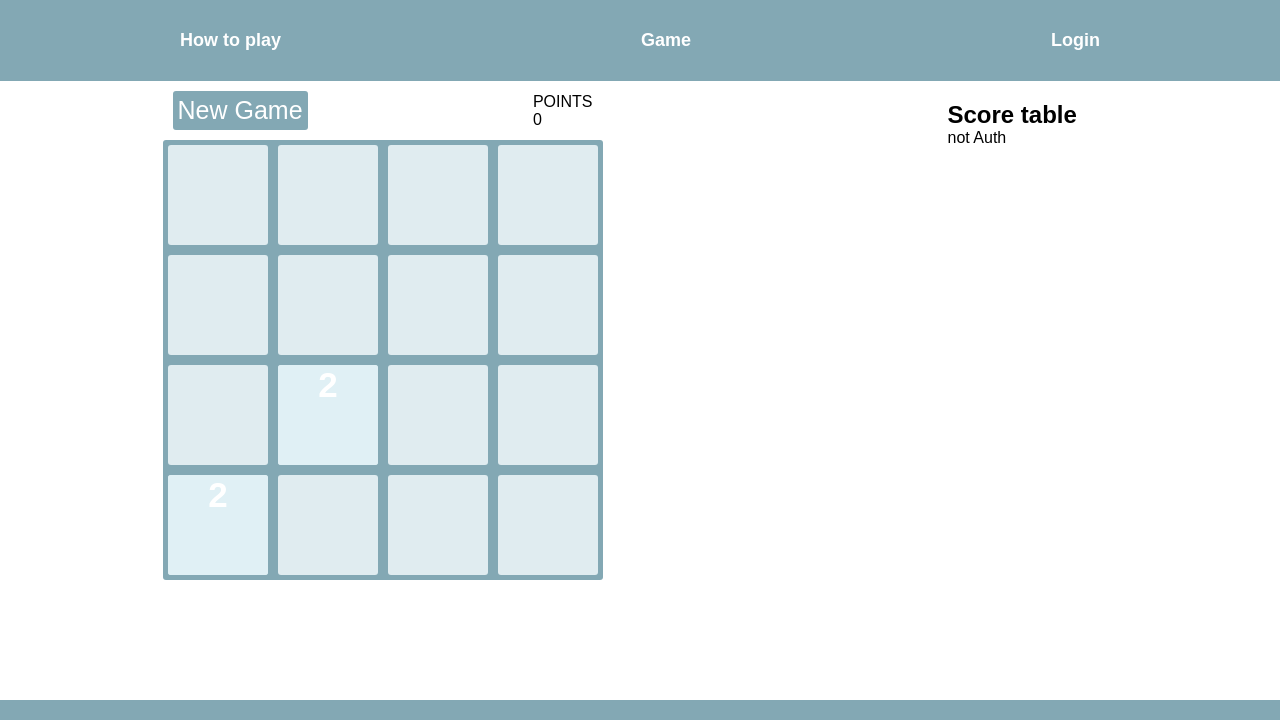
Repository: nika-otter/2048
Page: / (app in client/)
The author's editor kept a copy of each file at every save. The page is drawn from the files as they stood at one save, then again after the next save.
The browser window is 1280 px wide. The pictures show the whole page.
The project was rebuilt for these pictures with package versions that can differ from the ones it lists, and the page was loaded fresh each time. Also part of the build but not shown: client/src/components/Login/LoginForm.js, client/src/pages/account/index.jsx, client/src/components/Game/GameOverlay.jsx, client/src/components/InstructionPage/InstructionPage.module.scss, client/src/components/HowToPlay/howtoplay.module.scss, client/src/components/HowToPlay/howtoplay.jsx, client/src/components/InstructionPage/InstructionPage.jsx, client/src/pages/Instruction/index.jsx and 4 more.

Above is the page before, as saved 2023-05-01 19:34:16.

After the next save:
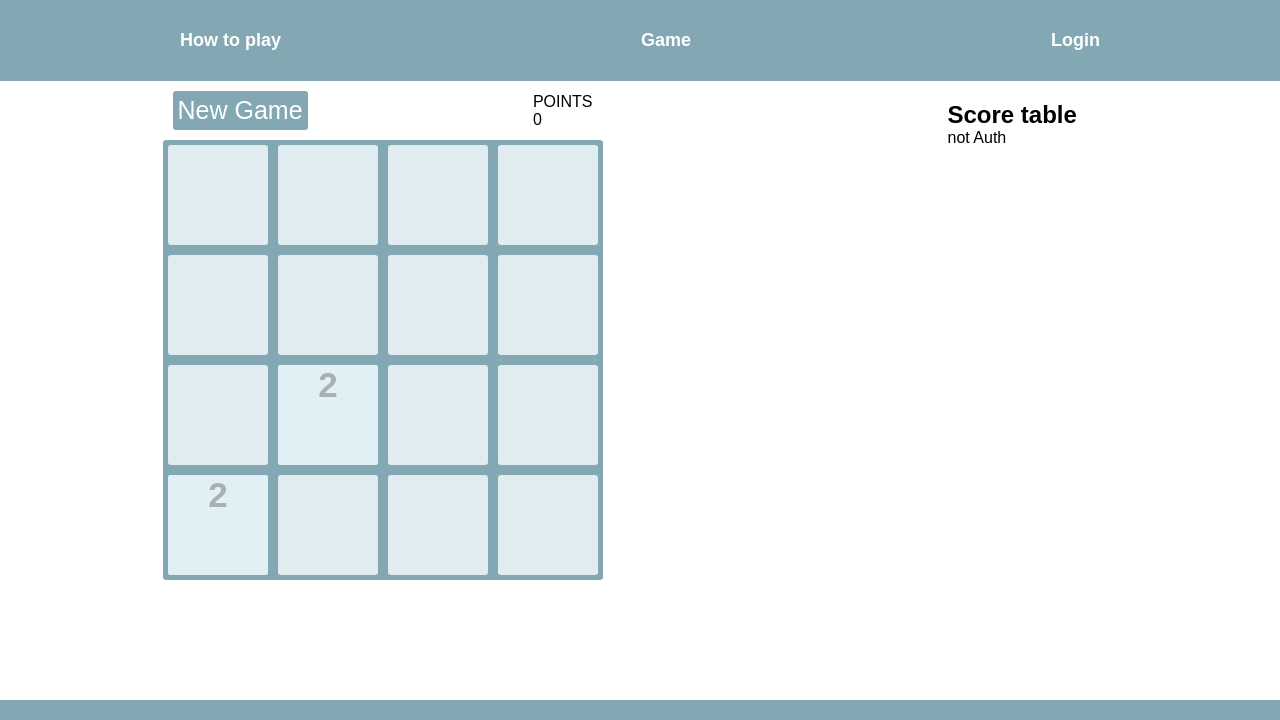
Saved 15 s later.
--- a/client/src/components/Game/Board.scss
+++ b/client/src/components/Game/Board.scss
@@ -114,7 +114,7 @@
 }
 
 .tile {
-  color: rgb(255, 255, 255);
+  color: rgba(0, 0, 0, 0.263);
   background-color: aquamarine;
 }
 
